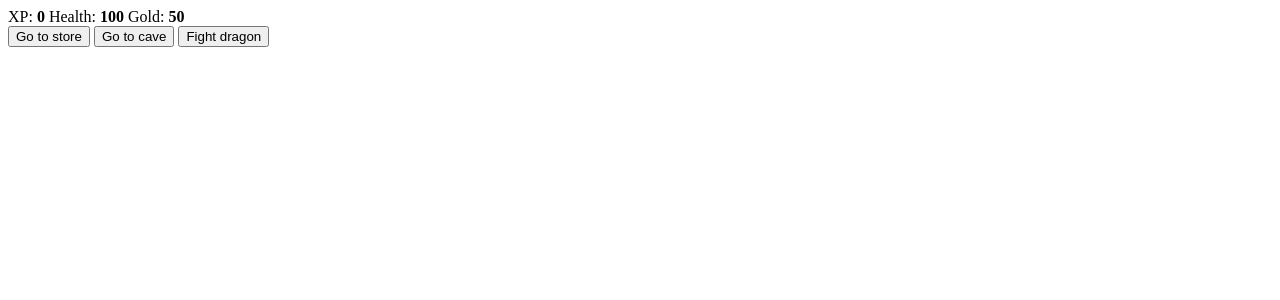
Repository: Lungdjos/role_playing_game
Page: index.html
These files come from the project's save history. The page is drawn as it stood at one moment and after a run of saves; the edit follows.
The browser window is 1280 px wide. The pictures show the whole page.

Above is the page before, as saved 2024-02-06 22:59:42.

### index.html
<!DOCTYPE html>
<html lang="en">

<head>
    <meta charset="UTF-8">
    <meta name="viewport" content="width=device-width, initial-scale=1.0">
    <title>RPG - Dragon Repeller</title>
    <link rel="stylesheet" href="./styles.css">

</head>

<body>
    <div id="game">
        <div id="stats">
            <span class="stat">XP: <strong><span id="xpText">0</span></strong>
            </span>
            <span class="stat">Health: <strong><span id="healthText">100</span></strong>
            </span>
            <span class="stat">Gold: <strong><span id="goldText">50</span></strong>
            </span>
        </div>
        <div id="controls">
            <button id="button1">Go to store</button>
            <button id="button2">Go to cave</button>
            <button id="button3">Fight dragon</button>
        </div>
        <div id="monsterStats"></div>
        <div id="text"></div>
    </div>

    <!-- JavaScript files -->
    <script src="./script.js"></script>
</body>

</html>

### styles.css
/** Main CSS */

### script.js
/**
 * Main JavaScript
 */

'use strict';

// variables
let xp = 0;
let health = 100;
let gold = 50;
let currentWeapon = 0;
let fighting;
let monsterHealth;
let inventory = ['stick'];

// query selectors
const button1 = document.querySelector('#button1');
const button2 = document.querySelector('#button2');
const button3 = document.querySelector('#button3');

After the next 2 saves:
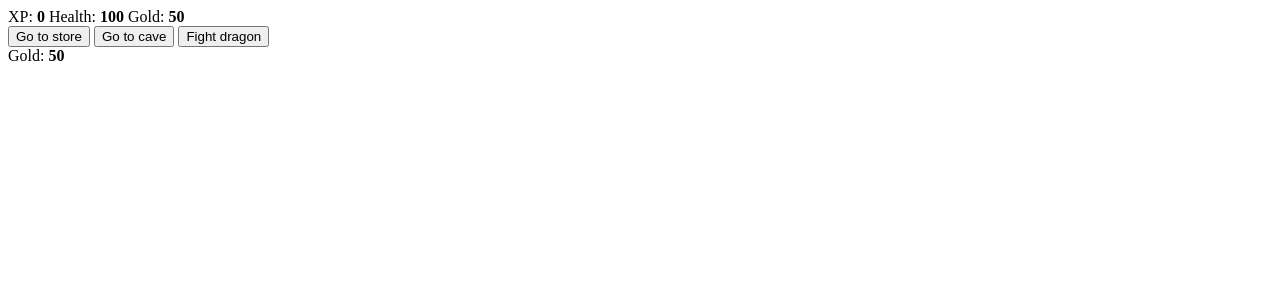
The 2 saves are shown as one change because they came seconds apart.
The last was saved 2 min 39 s later.
--- a/index.html
+++ b/index.html
@@ -24,7 +24,10 @@
             <button id="button2">Go to cave</button>
             <button id="button3">Fight dragon</button>
         </div>
-        <div id="monsterStats"></div>
+        <div id="monsterStats">
+            <span class="stat">Gold: <strong><span id="goldText">50</span></strong>
+            </span>
+        </div>
         <div id="text"></div>
     </div>
 
